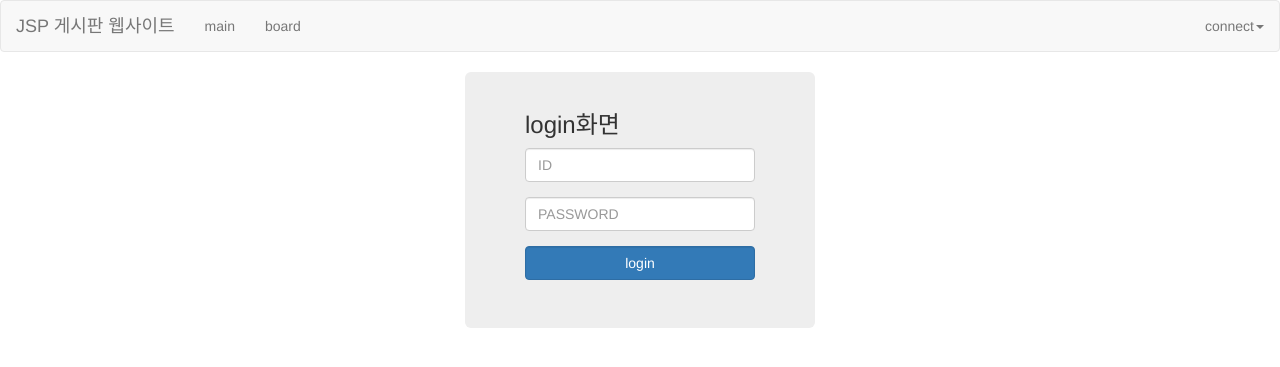
Repository: hotei09/WordofMouth
Page: http://localhost/BBS/join.jsp
The author's editor kept a copy of each file at every save. The page is drawn from the files as they stood at one save, then again after the next save.
The browser window is 1280 px wide. The pictures show the whole page.
The page is served by Tomcat 9. Other server files are loaded and not shown.

Above is the page before, as saved 2018-08-01 05:09:04.

### BBS/WebContent/join.jsp
<%@ page language="java" contentType="text/html; charset=UTF-8"
    pageEncoding="UTF-8"%>
<!DOCTYPE html>
<html>
<head>
<meta http-equiv="content-Type" content="text/html; charset=UTF-8">
<meta name = "viewport" content = "width=device-width,initial-scale=1">
<link rel="stylesheet" href="css/bootstrap.css">
<title>JSP 게시판 웹사이트</title>
</head>
<body>
<nav class="navbar navbar-default">
	<div class="navbar-header">
		<button type="button" class="navbar-toggle collapsed" data-toggle="collapse"
		data-target="#bs-example-navbar-collapse-1" aria-expanded="false" >
		<span class="icon-bar"></span>
		<span class="icon-bar"></span>
		<span class="icon-bar"></span>
		</button>
		<a class="navbar-brand" href="main.jsp"> JSP 게시판 웹사이트 </a>
	</div>
	<div class="collapse navbar-collapse" id="bs-example-navbar-collapse-1">
	<ul class="nav navbar-nav">
	<li><a href="main.jsp">main</a></li>
	<li><a href="bbs.jsp">board</a></li>
	</ul>
	<ul class="nav navbar-nav navbar-right">
	<li class="dropdown">
		<a href="#" class="dropdown-toggle" data-toggle="dropdown" role="button"
		aria-haspopup="true" aria-expended="false">connect<span class="caret"></span></a>
		<ul class="dropdown-menu">
		<li class="active"><a href="login.jsp">login</a></li>
		<li ><a href="join.jsp">join</a></li>
		</ul>
		</li>
		</ul>
		</div>
		</nav>
<div class="container">
<div class="col-lg-4"></div>
<div class="col-lg-4">
	<div class="jumbotron" style="padding-top: 20px;">
		<form method="post" action="loginAction.jsp">
			<h3 style="text.align: center;">login화면</h3>
			<div class ="form-group">
				<input type="text" class="form-control" placeholder="ID" name="userID" maxlength="20">
			</div>
			<div class ="form-group">
				<input type="password" class="form-control" placeholder="PASSWORD" name="userPassword" maxlength="20">
			</div>
			<input type="submit" class="btn btn-primary form-control" value="login">
		</form>
	</div>
</div>
<div class="col-lg-4"></div>
</div>
<script src="https://ajax.googleapis.com/ajax/libs/jquery/1.12.4/jquery.min.js"></script>﻿
<script src="js/bootstrap.js"></script>
</body>
</html>

Loaded but not shown: BBS/WebContent/css/bootstrap.css (library); BBS/WebContent/js/bootstrap.js (library)

After the next save:
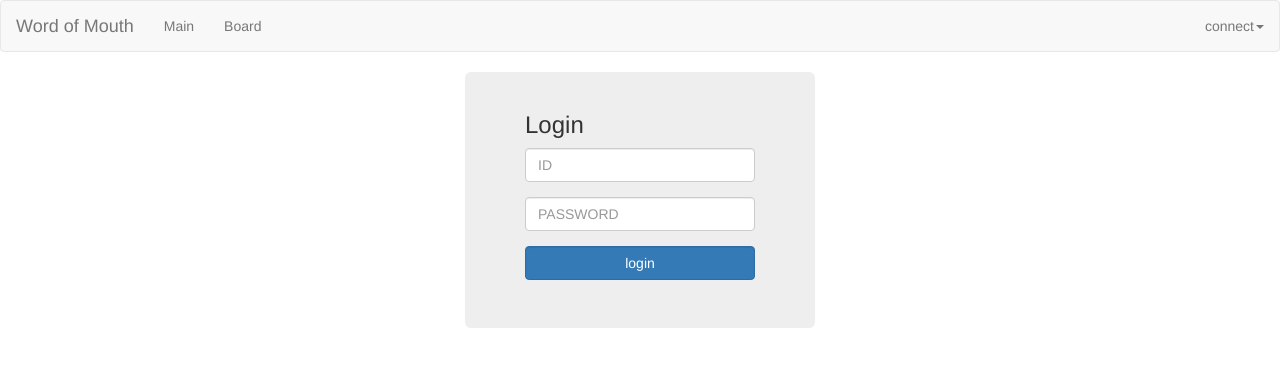
Saved 16 min 23 s later.
--- a/BBS/WebContent/join.jsp
+++ b/BBS/WebContent/join.jsp
@@ -6,7 +6,7 @@
 <meta http-equiv="content-Type" content="text/html; charset=UTF-8">
 <meta name = "viewport" content = "width=device-width,initial-scale=1">
 <link rel="stylesheet" href="css/bootstrap.css">
-<title>JSP 게시판 웹사이트</title>
+<title>Word of Mouth</title>
 </head>
 <body>
 <nav class="navbar navbar-default">
@@ -17,19 +17,19 @@
 		<span class="icon-bar"></span>
 		<span class="icon-bar"></span>
 		</button>
-		<a class="navbar-brand" href="main.jsp"> JSP 게시판 웹사이트 </a>
+		<a class="navbar-brand" href="main.jsp"> Word of Mouth </a>
 	</div>
 	<div class="collapse navbar-collapse" id="bs-example-navbar-collapse-1">
 	<ul class="nav navbar-nav">
-	<li><a href="main.jsp">main</a></li>
-	<li><a href="bbs.jsp">board</a></li>
+	<li><a href="main.jsp">Main</a></li>
+	<li><a href="bbs.jsp">Board</a></li>
 	</ul>
 	<ul class="nav navbar-nav navbar-right">
 	<li class="dropdown">
 		<a href="#" class="dropdown-toggle" data-toggle="dropdown" role="button"
 		aria-haspopup="true" aria-expended="false">connect<span class="caret"></span></a>
 		<ul class="dropdown-menu">
-		<li class="active"><a href="login.jsp">login</a></li>
+		<li class="active"><a href="login.jsp">Login</a></li>
 		<li ><a href="join.jsp">join</a></li>
 		</ul>
 		</li>
@@ -41,7 +41,7 @@
 <div class="col-lg-4">
 	<div class="jumbotron" style="padding-top: 20px;">
 		<form method="post" action="loginAction.jsp">
-			<h3 style="text.align: center;">login화면</h3>
+			<h3 style="text.align: center;">Login</h3>
 			<div class ="form-group">
 				<input type="text" class="form-control" placeholder="ID" name="userID" maxlength="20">
 			</div>
